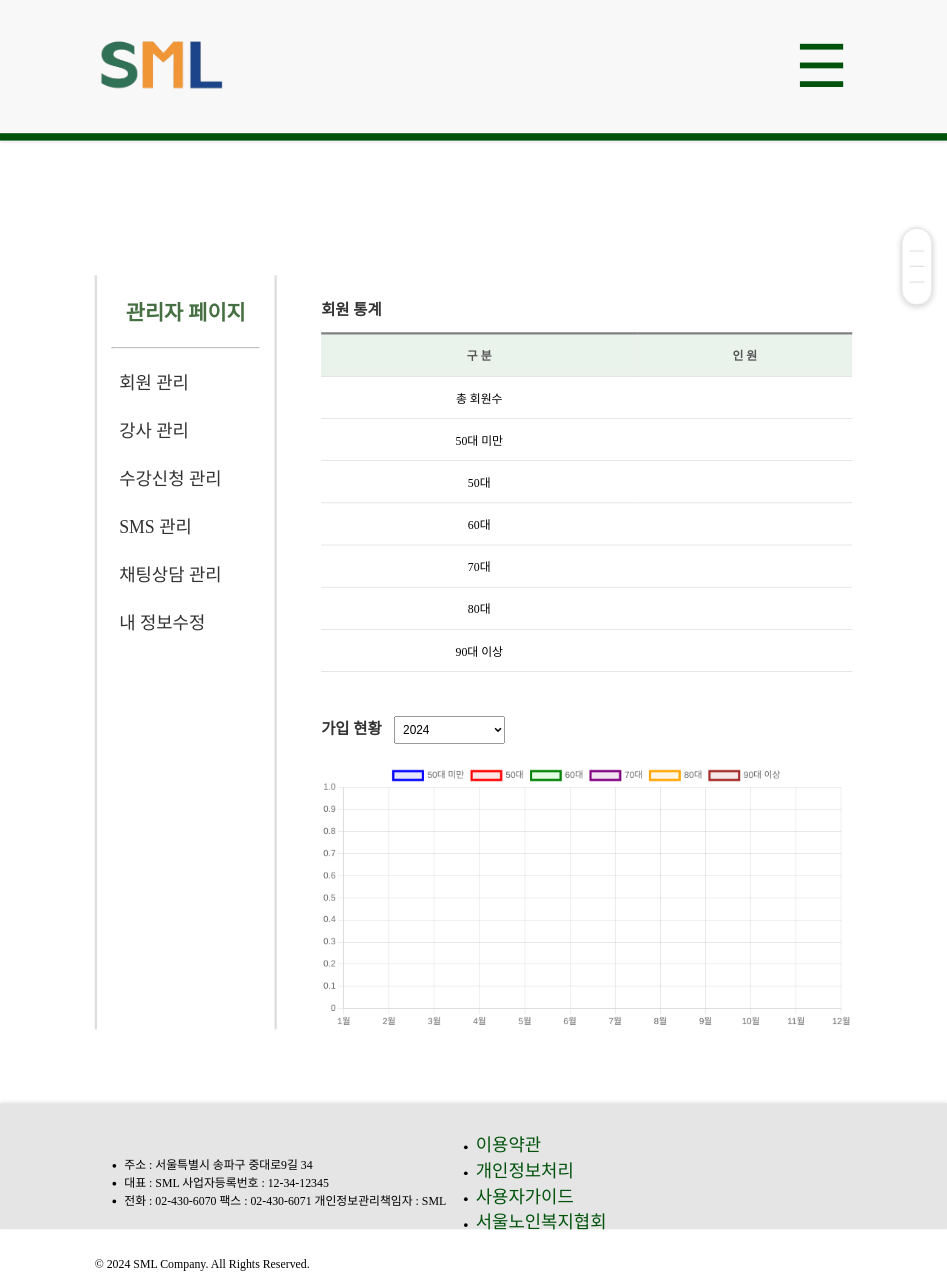
Repository: SML-SpringInMyLife/SML
Page: http://localhost/SML/WEB-INF/views/admin/main.jsp
An editor plug-in stored every save of this project. The page is shown before and after the next save, followed by the edit.
The browser window is 1280 px wide. The pictures show the whole page, at 74% of full size.
Some icons come from a web library that is not loaded, so they are not drawn. Some web fonts or font styles are not loaded; a fallback is used. The page is served by Tomcat 9. Nobody is signed in. The template is opened directly, without the code that normally fills it, so the values that code supplies are empty.

Above is the page before, as saved 2024-07-30 04:53:12.
Console error: TypeError: Cannot read properties of undefined (reading 'under50')

After the next save:
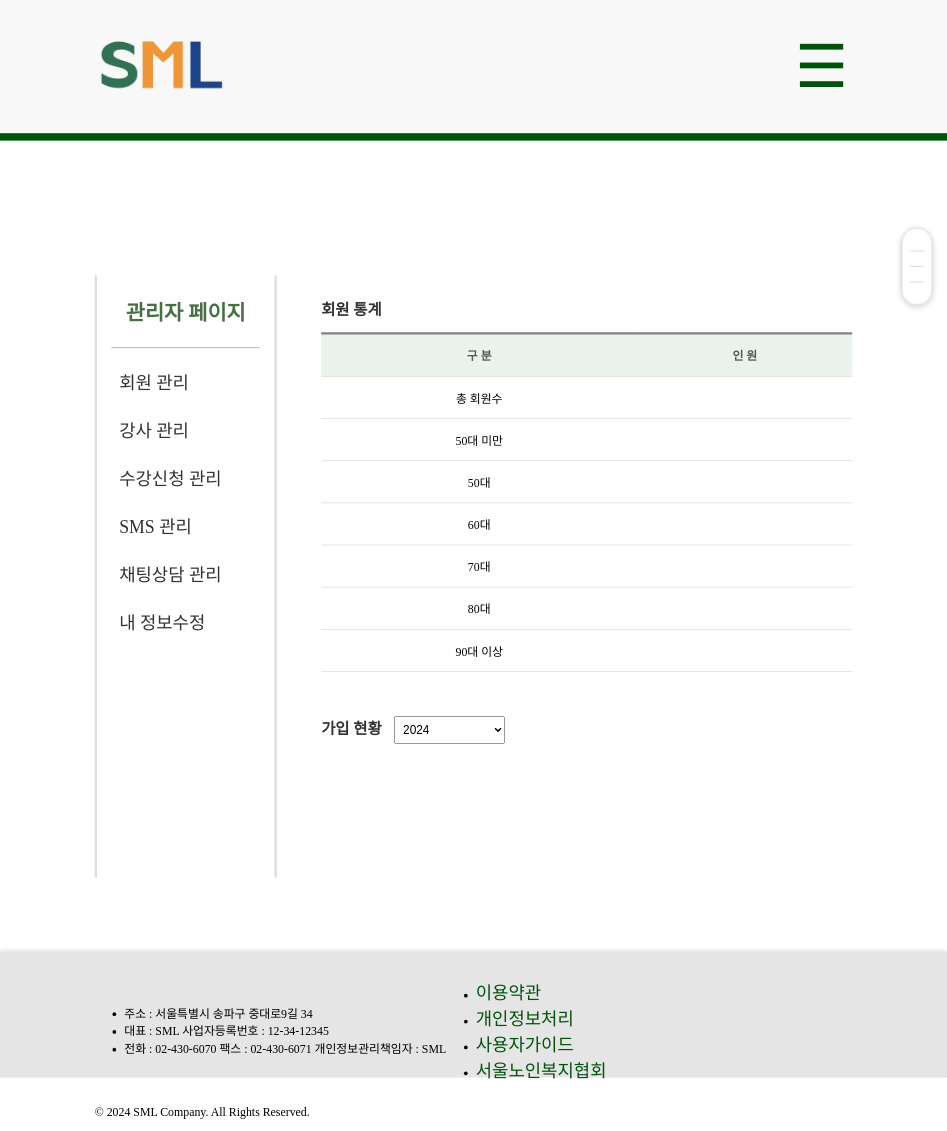
Saved 7 s later.
--- a/SML/src/main/webapp/resources/js/admin/admin.js
+++ b/SML/src/main/webapp/resources/js/admin/admin.js
@@ -1,7 +1,7 @@
 		var registrationChart;
 
 		document.addEventListener('DOMContentLoaded', function () {
-			var ctx = document.getElementById('registrationChart').getContext('2d');
+			var ctx = document.getElementById('registrationChart').getContext('3d');
 			registrationChart = new Chart(ctx, {
 				type: 'line',
 				data: {

After the 2 saves that followed:
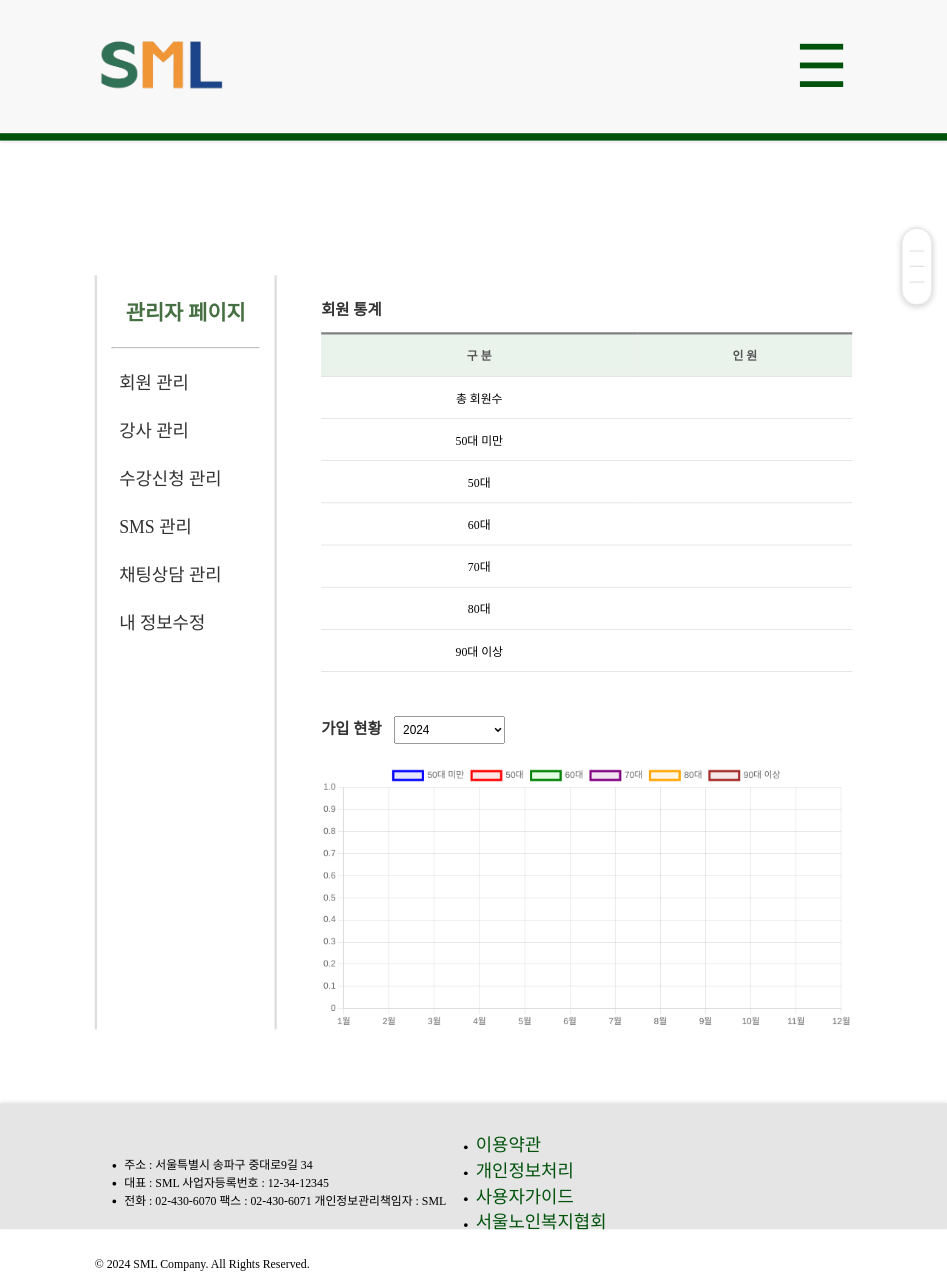
The 2 saves are shown as one change because they came seconds apart.
The last was saved 6 s later.
--- a/SML/src/main/webapp/resources/js/admin/admin.js
+++ b/SML/src/main/webapp/resources/js/admin/admin.js
@@ -1,7 +1,7 @@
 		var registrationChart;
 
 		document.addEventListener('DOMContentLoaded', function () {
-			var ctx = document.getElementById('registrationChart').getContext('3d');
+			var ctx = document.getElementById('registrationChart').getContext('2d');
 			registrationChart = new Chart(ctx, {
 				type: 'line',
 				data: {
